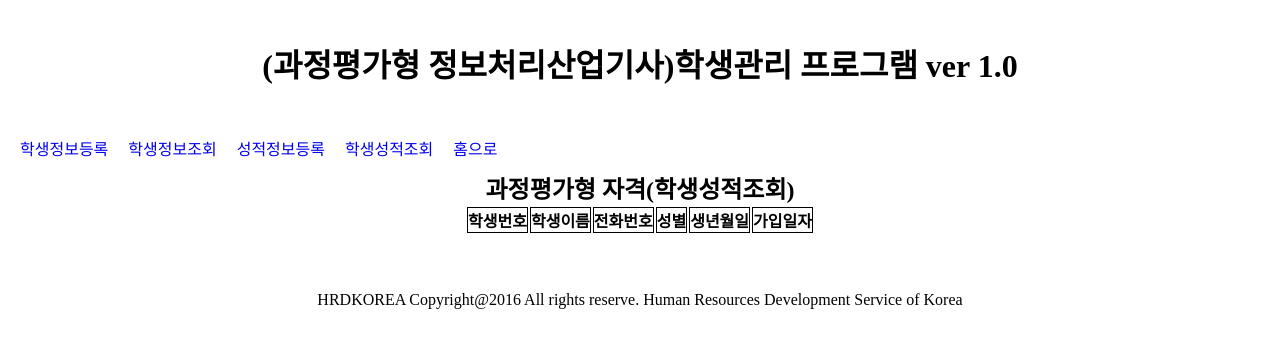
Repository: SeolhwaPark/JSL40_HRDKOREA
Page: http://localhost/HRD_0428_02/view.jsp
The author's editor kept a copy of each file at every save. The page is drawn from the files as they stood at one save, then again after the next save.
The browser window is 1280 px wide. The pictures show the whole page.
The page is served by Tomcat 9. Queries for data that is not in the repository find no rows.

Above is the page before, as saved 2020-04-28 14:09:42.

After the next save:
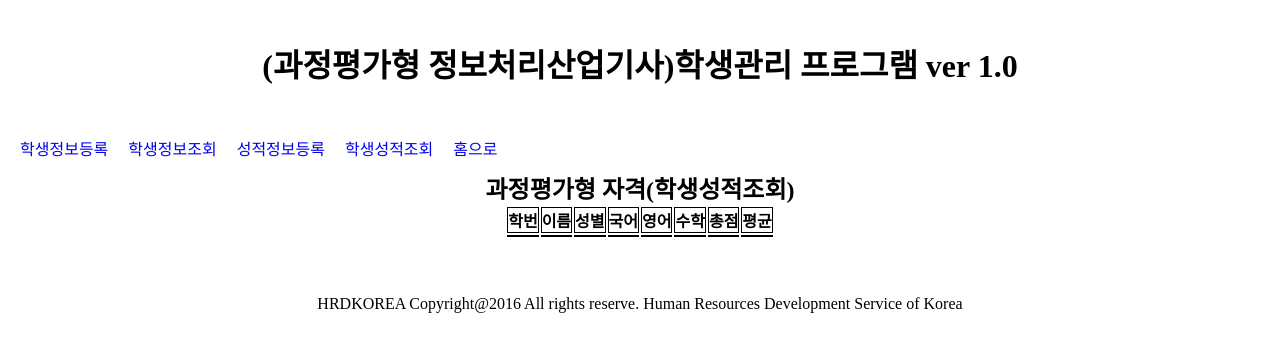
Saved 109 s later.
--- a/HRD_0428_02/WebContent/view.jsp
+++ b/HRD_0428_02/WebContent/view.jsp
@@ -56,38 +56,26 @@ a{padding:20px 0;text-decoration:none; }
 
 				<table>
 					<tr>
-						<th>학생번호</th>
-						<th>학생이름</th>
-						<th>전화번호</th>
+						<th>학번</th>
+						<th>이름</th>
 						<th>성별</th>
-						<th>생년월일</th>
-						<th>가입일자</th>
+						<th>국어</th>
+						<th>영어</th>
+						<th>수학</th>
+						<th>총점</th>
+						<th>평균</th>
 					</tr>
-				<%
-					String date;
-					String str;
 
-					for(int x=0;x<list.size();x++){
-					str = list.get(x).getBirth();
-					date = list.get(x).getRegdate();
-				%>
 					<tr>
-						<td><a href="modify.jsp?hakbun=<%= list.get(x).getHakbun() %>"><%= list.get(x).getHakbun() %></a></td>
-						<td><%= list.get(x).getName() %></td>
-						<td><%= list.get(x).getPhone1()+"-"+list.get(x).getPhone2()+"-"+list.get(x).getPhone3() %></td>
-
-						<% if(list.get(x).getGender().equalsIgnoreCase("M")){ %>
-						<td>남자</td>
-						<% }else{ %>
-						<td>여자</td>
-						<% } %>
-
-						<td><%= str.substring(0,4)+"-"+str.substring(4,6)+"-"+str.substring(6,8) %></td>
-						<td><%= str.substring(0,4)+"년"+str.substring(4,6)+"월"+str.substring(6,8)+"일" %></td>
+						<td></td>
+						<td></td>
+						<td></td>
+						<td></td>
+						<td></td>
+						<td></td>
+						<td></td>
+						<td></td>
 					</tr>
-				<%
-					}
-				%>
 				</table>
 			<br><br>
 		</div>
